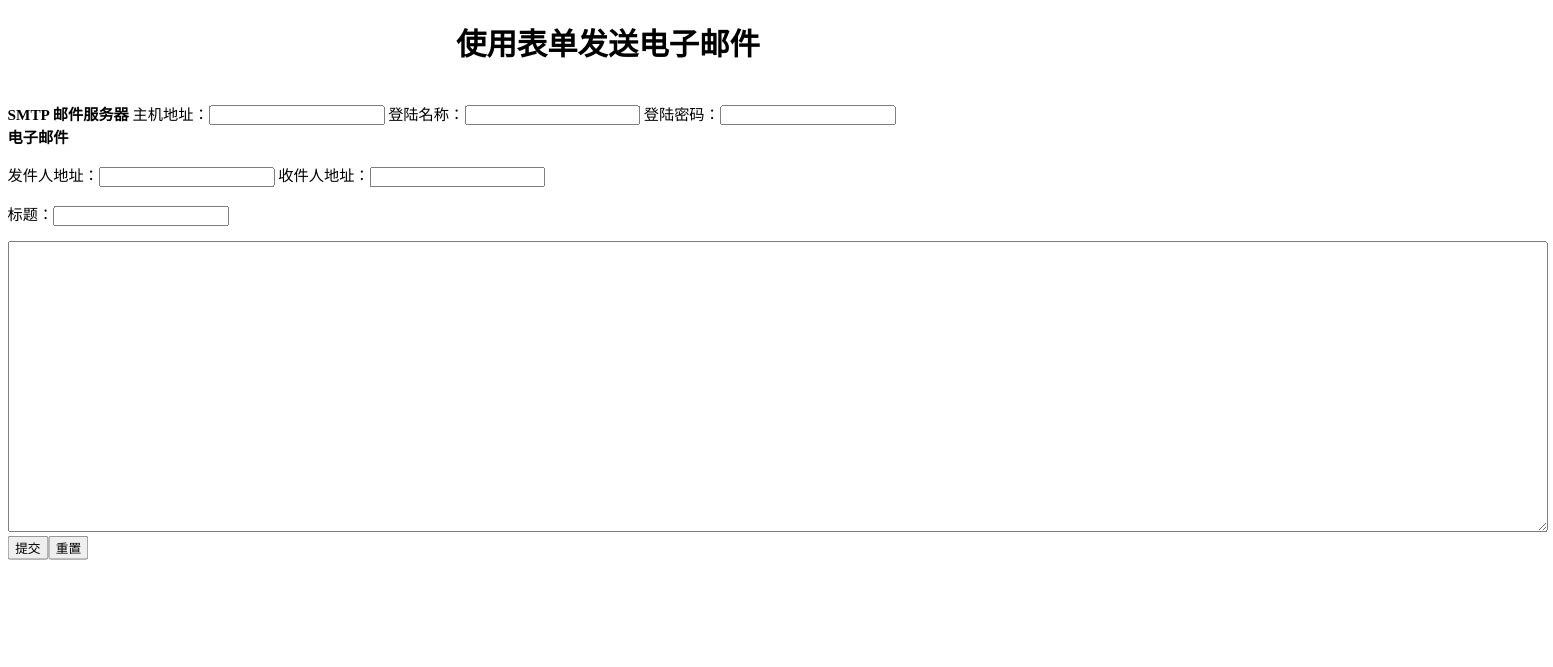
Repository: eterinfi/java
Page: jee/JSPDemo/WebContent/sendemail.html
The author's editor kept a copy of each file at every save. The page is drawn from the files as they stood at one save, then again after the next save.
The browser window is 1280 px wide. The page is 1635 px wide, so the pictures cover 1635 px, including what lies to the right of the window. The pictures show the whole page, at 95% of full size.

Above is the page before, as saved 2016-11-15 10:49:54.

### jee/JSPDemo/WebContent/sendemail.html
<!DOCTYPE html>
<html>
<head>
  <meta charset="UTF-8">
  <title>使用表单发送电子邮件</title>
</head>
<body>
  <h1 align="center">使用表单发送电子邮件</h1>
  <br />
  <form action="SendSubmittedEmail.jsp" method="POST">
    <label><strong>SMTP 邮件服务器</strong></label>
    <span>    主机地址：<input type="text" name="host" /></span>
    <span>    登陆名称：<input type="text" name="user" /></span>
    <span>    登陆密码：<input type="password" name="password" /></span>
    <br />
    <label><strong>电子邮件</strong></label>
    <p>
      <span>    发件人地址：<input type="text" name="from" /></span>
      <span>    收件人地址：<input type="text" name="to" /></span>
    </p>
    <p>    标题：<input type="text" name="subject" /></p>
    <textarea name="body" cols="200" rows="20" placeholder="正文....">
    </textarea>
    <button type="submit">提交</button><button type="reset">重置</button>
  </form>
</body>
</html>

After the next save:
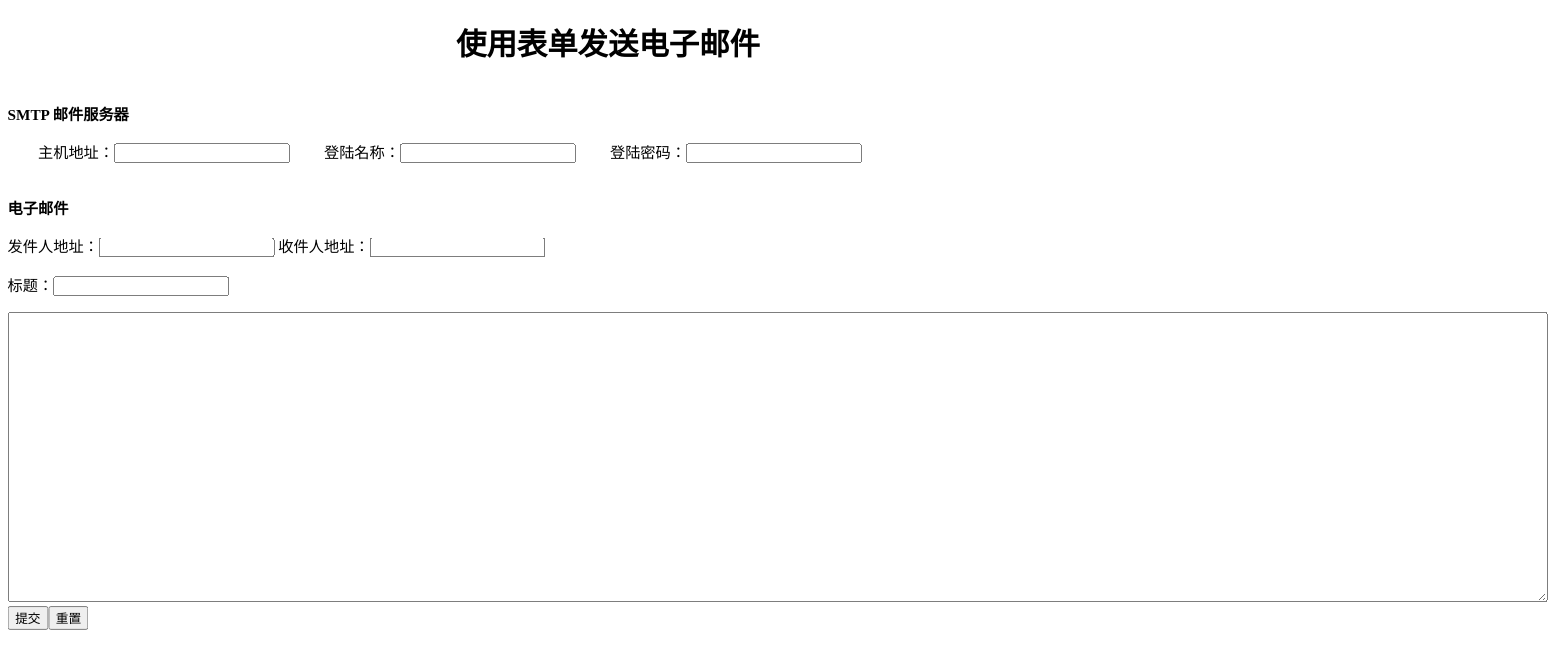
Saved 70 s later.
--- a/jee/JSPDemo/WebContent/sendemail.html
+++ b/jee/JSPDemo/WebContent/sendemail.html
@@ -9,9 +9,11 @@
   <br />
   <form action="SendSubmittedEmail.jsp" method="POST">
     <label><strong>SMTP 邮件服务器</strong></label>
-    <span>    主机地址：<input type="text" name="host" /></span>
-    <span>    登陆名称：<input type="text" name="user" /></span>
-    <span>    登陆密码：<input type="password" name="password" /></span>
+    <p>
+      <span>　　主机地址：<input type="text" name="host" /></span>
+      <span>　　登陆名称：<input type="text" name="user" /></span>
+      <span>　　登陆密码：<input type="password" name="password" /></span>
+    </p>
     <br />
     <label><strong>电子邮件</strong></label>
     <p>
